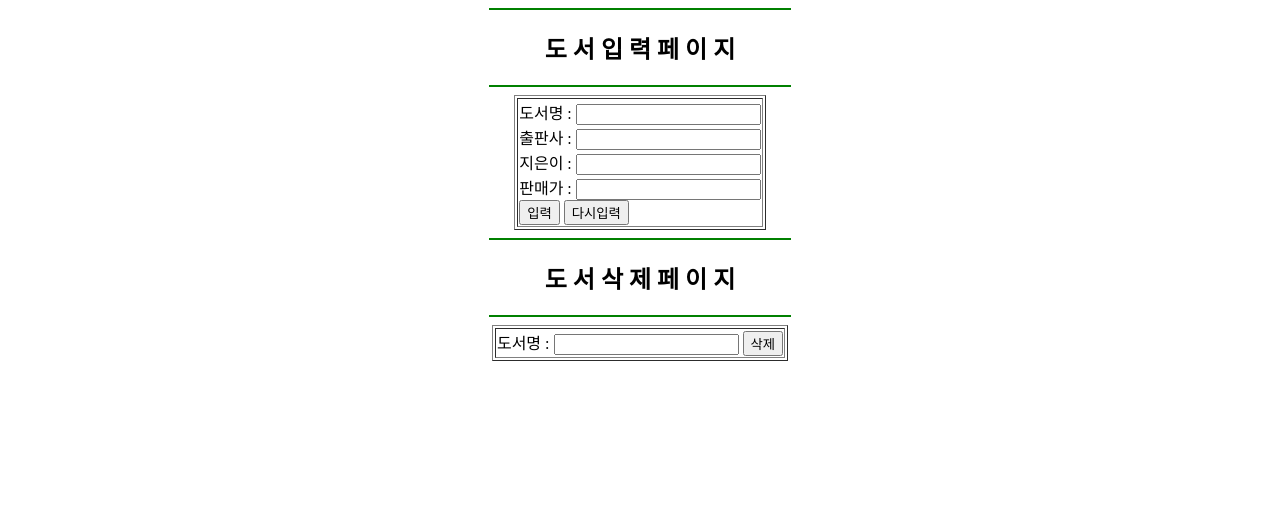
Repository: sungeunbyeol/Nowon-ezen-jsp
Page: http://localhost/jspBook/book/book.jsp
The author's editor kept a copy of each file at every save. The page is drawn from the files as they stood at one save, then again after a run of saves.
The browser window is 1280 px wide. The pictures show the whole page.
The page is served by Tomcat 9.

Above is the page before, as saved 2021-11-04 06:01:39.

After the next 2 saves:
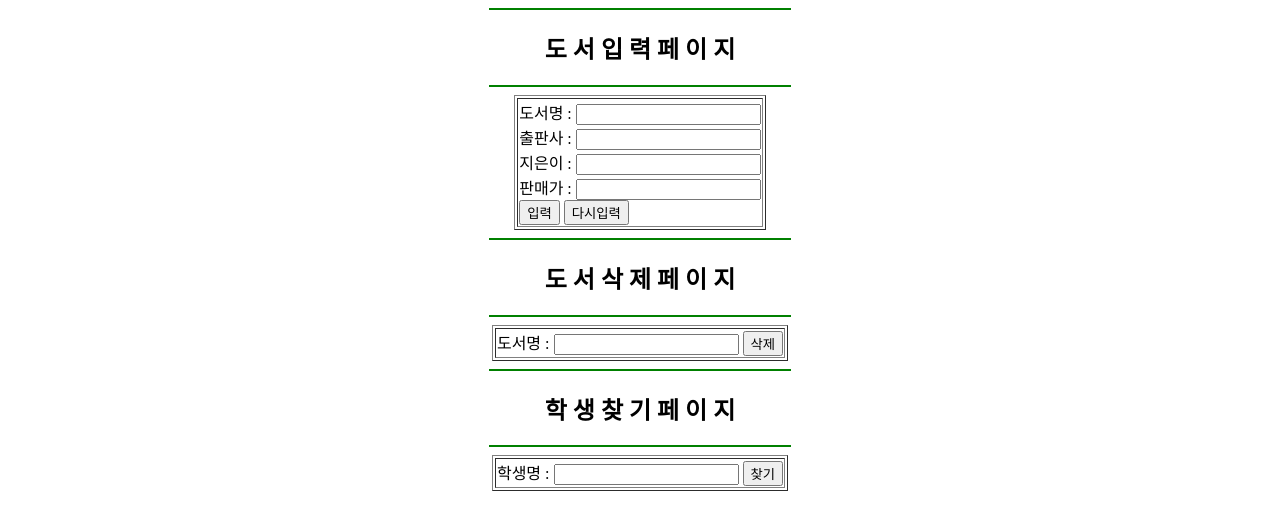
The 2 saves are shown as one change because they came seconds apart.
The last was saved 4 min 5 s later.
--- a/jspBook/WebContent/book/book.jsp
+++ b/jspBook/WebContent/book/book.jsp
@@ -25,6 +25,7 @@
 				</tr>
 			</table>
 		</form>
+
 		<hr color="green" width="300">
 		<h2>도 서 삭 제 페 이 지</h2>
 		<hr color="green" width="300">
@@ -38,6 +39,21 @@
 				</tr>
 			</table>
 		</form>
+
+		<hr color="green" width="300">
+		<h2>학 생 찾 기 페 이 지</h2>
+		<hr color="green" width="300">
+		<form name="f" action="find.jsp" method="post">
+			<table border="1">
+				<tr>
+					<td>
+						학생명 : <input type="text" name="name">
+						<input type="submit" value="찾기">
+					</td>
+				</tr>
+			</table>
+		</form>
+
 	</div>
 </body>
 </html>
